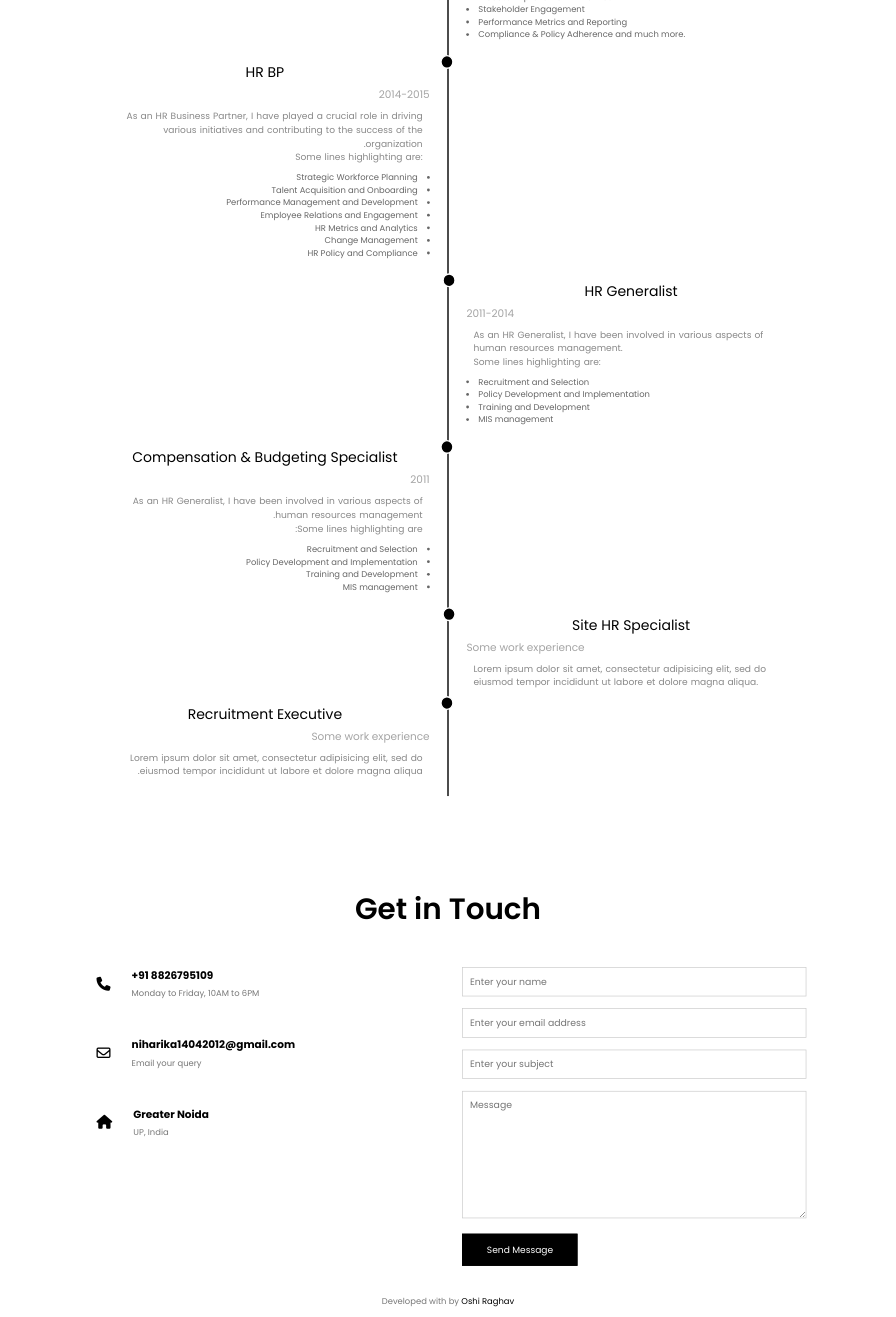
Repository: xoshiraghavx/Niharika-portfolio
Page: index.html
These files come from the project's save history. The page is drawn as it stood at one moment and after the next save; the edit follows.
The browser window is 1280 px wide. The pictures show the part of the page from y = 1758 to 3678 px (the page is 3639 px tall before and 3678 px after), at 70% of full size.
Some web libraries are served in a nearby version.

Above is the page before, as saved 2023-06-16 10:53:33.

### index.html
<!DOCTYPE html>
<html lang="en">
<head>
    <meta charset="UTF-8">
    <meta http-equiv="X-UA-Compatible" content="IE=edge">
    <meta name="viewport" content="width=device-width, initial-scale=1.0">
    <title>Niharika Singh | Portfolio</title>
    <link rel="stylesheet" href="../css/index.css">
    <link rel="preconnect" href="https://fonts.googleapis.com">
<link rel="preconnect" href="https://fonts.gstatic.com" crossorigin>
<link href="https://fonts.googleapis.com/css2?family=Poppins:wght@100;200;300;400;600;700&family=Righteous&display=swap" rel="stylesheet">
<link rel="stylesheet" href="https://stackpath.bootstrapcdn.com/font-awesome/4.7.0/css/font-awesome.min.css">
<link rel="stylesheet" href="./css/particle.css">
<link href="https://unpkg.com/aos@2.3.1/dist/aos.css" rel="stylesheet">
<link rel="icon" href="./img/image.jpg">

</head>
<body>
    <section class="header" id="head">
        <div id="particles-js">
        <nav>
            <div class="logo">
                <h2>NS</h2>
            </div>
            <div class="nav-links" id="navLinks">
                <i class="fa fa-times" onclick="hideMenu()"></i>
                <ul>
                    <li><a href="#head">HOME</a></li>
                    <li><a href="#about">ABOUT</a></li>
                    <li><a href="#work">WORK</a></li>
                    <li><a href="#contact">CONTACT</a></li>
                </ul>
            </div>
            <div class="social">
                    <div><a href="https://www.linkedin.com/in/niharika-singh-54130b13/" target="_blank"><i class="fa-brands fa-linkedin"></i></a></div>
                    <div><a href="https://www.facebook.com/people/Niharika-Singh/pfbid0zDJLjq1fehJWAvFLc7zkpJ6FsEs1uDxExLjwh94ZH389RFf4Q5YAZHgxJCLQanLsl/" target="_blank"><i class="fa-brands fa-facebook"></i></a></div>
                    <div><a href="https://www.instagram.com/niharika14042012/" target="_blank"><i class="fa-brands fa-instagram"></i></a></div>
            </div>
        </nav>

        <div id="home"data-aos="zoom-in" data-aos-duration="1000">
            <div class="img">
                <p style="color: #c5c1c1; font-weight: 600;">Hello, I'm</p>
            </div>
            <h1 class="hh1">NIHARIKA SINGH</h1>
            <div class="p1"data-aos="fade-in" data-aos-delay="1300"data-aos-duration="1000">
                <p>As an HR professional, I nurture a harmonious and productive workforce.</p>
            </div>
            <div class="container">
                <a href="#about">
                <div class="field" >
                    <div class="mouse"></div>
                </div>
            </a>
            </div>
    </div>
    </section>

<!-- ---------About----------------- -->
<section class="about-us" id="about">
    <div class="row1">
        <div class="about-col">
            <h1>About me</h1>
            <p>Lorem ipsum dolor sit amet consectetur adipisicing elit. Voluptates unde necessitatibus consectetur aut, quisquam at, dolorem, deleniti deserunt a error officia? Quas, quos. Nemo assumenda fugiat dolore ad illo soluta.Lorem ipsum dolor sit amet consectetur adipisicing elit. Voluptates unde necessitatibus consectetur aut, quisquam at, dolorem, deleniti deserunt a error officia? Quas, quos. Nemo assumenda fugiat dolore</p>
        </div>
    </div>
    <div class="bar">
        <div class="count">
            <div class="exp">
                <h1>17+</h1>
            </div>
            <div class="exp_name">
                <h4>Years</h4>
            </div>
        </div>
        <div class="count">
            <div class="exp">
                <h1>5</h1>
            </div>
            <div class="exp_name">
                <h4>Domain of HR</h4>
            </div>
        </div>
        <div class="count">
            <div class="exp">
                <h1>2</h1>
            </div>
            <div class="exp_name">
                <h4>Green Field Project </h4>
            </div>
        </div>
        <div class="count">
            <div class="exp">
                <h1>10+</h1>
            </div>
            <div class="exp_name">
                <h4>Processes </h4>
            </div>
        </div>
    </div>
    <div class="skills">
        <ul>
            <li>HR Shared Services setup</li>
            <li>Expat Management</li>
            <li>Global Center Setup</li>
        </ul>
        <ul>
            <li>HR Transformation & Digitization</li>
            <li>ERP enablement & Integration</li>
            <li>Process Simplification</li>
        </ul>
    </div>
    <div class="cv">
        <button><a href="./img/CV-Niharika Singh.pdf">Download CV </a><i class="fa fa-download"></i></button>
    </div>
</section>
<!-- ------------Timeline------------- -->
<section id="work">
    <h1>Work Experience</h1>
    <div class="timeline">
            <div class="timeline-block timeline-block-right">
               <div class="marker"></div>
               <div class="timeline-content">
                  <h3>HR Shared Services Lead </h3>
                  <span>2016-2023</span>
                  <p>As an HRSS Lead, I have undertaken various responsibilities and accomplished several key tasks.
                    <br>Some lines highlighting are:
                    <li>Streamlined HR Operations</li>
                    <li>Developed Service Delivery Strategies</li>
                    <li>Led and Managed a Team</li>
                    <li>Implemented HR Technology Solutions</li>
                    <li>Process Improvement Initiatives</li>
                    <li>Stakeholder Engagement</li>
                    <li>Performance Metrics and Reporting</li>
                    <li>Compliance & Policy Adherence and much more.</li>  </p>
               </div>
            </div>
            <div class="timeline-block timeline-block-left">
               <div class="marker"></div>
               <div class="timeline-content">
                  <h3>HR BP</h3>
                  <span>2014-2015</span>
                  <p>As an HR Business Partner, I have played a crucial role in driving various initiatives and contributing to the success of the organization.
                    <br>:Some lines highlighting are
                    <li>Strategic Workforce Planning</li>
                    <li>Talent Acquisition and Onboarding</li>
                    <li>Performance Management and Development</li>
                    <li>Employee Relations and Engagement</li>
                    <li>HR Metrics and Analytics</li>
                    <li>Change Management</li>
                    <li>HR Policy and Compliance</li></p>
               </div>
            </div>
            <div class="timeline-block timeline-block-right">
                <div class="marker"></div>
                <div class="timeline-content">
                   <h3>HR Generalist</h3>
                   <span>2011-2014</span>
                   <p>As an HR Generalist, I have been involved in various aspects of human resources management.
                    <br>Some lines highlighting are:
                    <li>Recruitment and Selection</li>
                    <li>Policy Development and Implementation</li>
                    <li>Training and Development</li>
                    <li>MIS management</li> </p>
                </div>
             </div>
            <div class="timeline-block timeline-block-left">
               <div class="marker"></div>
               <div class="timeline-content">
                  <h3>Compensation & Budgeting Specialist </h3>
                  <span>2011</span>
                  <p>As an HR Generalist, I have been involved in various aspects of human resources management.
                    <br>Some lines highlighting are:
                    <li>Recruitment and Selection</li>
                    <li>Policy Development and Implementation</li>
                    <li>Training and Development</li>
                    <li>MIS management</li> </p>
               </div>
            </div>

            <div class="timeline-block timeline-block-right">
               <div class="marker"></div>
               <div class="timeline-content">
                  <h3>Site HR Specialist </h3>
                  <span>Some work experience</span>
                  <p>Lorem ipsum dolor sit amet, consectetur adipisicing elit, sed do eiusmod tempor incididunt ut labore et dolore magna aliqua.</p>
               </div>
            </div>

            <div class="timeline-block timeline-block-left">
               <div class="marker"></div>
               <div class="timeline-content">
                  <h3>Recruitment Executive </h3>
                  <span>Some work experience</span>
                  <p>Lorem ipsum dolor sit amet, consectetur adipisicing elit, sed do eiusmod tempor incididunt ut labore et dolore magna aliqua.</p>
               </div>
            </div>
    </div>
</section>
<section class="contact-us" id="contact">
    <h1>Get in Touch
    </h1>
    <div class="row">
        <div class="contact-col">
            <div>
                 <i class="fa fa-phone"></i>
                 <span>
                     <h5><a href="tel: +918178788527">+91 8826795109</a></h5>
                     <p>Monday to Friday, 10AM to 6PM</p>
                 </span>
            </div>
            <div>
                 <i class="fa fa-envelope-o"></i>
                 <span>
                     <h5><a href="mailto: niharika14042012@gmail.com ">niharika14042012@gmail.com</a></h5>
                     <p>Email your query</p>
                 </span>
            </div>
            <div>
                <i class="fa fa-home"></i>
                <span>
                    <h5><a href="https://www.google.com/maps/place/Greater+Noida,+Uttar+Pradesh/@28.4985622,77.3511809,11z/data=!3m1!4b1!4m6!3m5!1s0x390cea64b8f89aef:0xec0ccabb5317962e!8m2!3d28.4743879!4d77.5039904!16zL20vMGN3OXEy?entry=ttu" target="_blank">Greater Noida</a></h5>
                    <p>UP, India</p>
                </span>
           </div>
        </div>
        <div class="contact-col">
            <form action="https://formcarry.com/s/P6GKrEghsf" method="POST" accept-charset="UTF-8">
                <input type="text" name="name" placeholder="Enter your name" required>
                <input type="email" name="email" placeholder="Enter your email address" required>
                <input type="text" name="subject" placeholder="Enter your subject" required>
                <textarea rows="8" name="message" placeholder="Message" required></textarea>
                <button type="submit" class="hero-btn">Send Message</button>
            </form>
        </div>
    </div>
</section>
<!-- --------footer--------- -->
<section class="footer">
    <p style="text-align: center;">Developed with by <a href="https://www.linkedin.com/in/oshiraghav/" target="_blank">Oshi Raghav</a></p>
</section>

<!-- ---------------javascript----------------->
    	<script src=
		"particles.js-master/particles.js">
	</script>
	<script src=
		"/particles.js-master/demo/js/app.js">
	</script>
     <script src="https://unpkg.com/aos@2.3.1/dist/aos.js"></script>
    <script>
     AOS.init();
    </script>
    <script src="https://kit.fontawesome.com/b6191824ce.js" crossorigin="anonymous"></script>
</body>
</html>

### css/index.css
*{
    margin: 0;
    padding: 0;
    font-family: 'poppins', sans-serif;
    scroll-behavior: smooth;
}
.header{
    min-height: 100vh;
    width: 100%;
}
h3{
    color: #000;
}
nav{
    display: flex;
    padding: 1rem 0rem;
    background: #ffffff;
    justify-content: space-around;
    align-items: center;
    position: fixed;
    width: 100%;
    backdrop-filter: blur(3px);
    z-index: 2;
}
.logo{
    background: #000;
    color: #ffffff;
    border-radius: 100%;
    padding: 5pt 6pt;
}
.nav-links ul li{
    list-style: none;
    display: inline-block;
    padding: 8px 12px;
    position: relative;
}
.nav-links ul li a{
    color: #000000;
    text-decoration: none;
    font-size: 13px;
}
.nav-links ul li::after{
    content: '';
    width: 0%;
    height: 2px;
    background: #000000;
    display: block;
    margin: auto;
    transition: 0.5s;
}
.nav-links ul li:hover::after{
    width: 100%;
}
.social{
    display: grid;
    grid-template-columns: auto auto auto auto;
    column-gap: 15px;
    font-size: 1.2rem;
    color: #000000;
}
.social a{
    color: #000;
}
.social:hover{
    cursor: pointer;
}
#home{
    position: absolute;
    text-align: center;
    width: 100%;
    margin-top: 250px;
    color: #ffffff;
}
.hh1{
    font-size: 4em;
}
#home p{
    padding-top: .5rem;
    font-size: 1rem;
    color: #c5c1c1;
}
.container {
	width: 100%;
	height: 100%;
	display: flex;
	align-items: center;
	justify-content: center;
    padding-top: 10rem;
}
.field:hover{
    cursor: pointer;
}

.field {
	display: flex;
	align-items: center;
	justify-content: space-around;
}

.mouse {
	width: 30px;
	height: 50px;
	border: 3px solid #ffffff;
	border-radius: 60px;
	position: relative;
	&::before {
		content: '';
		width: 8px;
		height: 8px;
		position: absolute;
		top: 10px;
		left: 50%;
		transform: translateX(-50%);
		background-color: #ffffff;
		border-radius: 50%;
		opacity: 1;
		animation: wheel 2s infinite;
		-webkit-animation: wheel 2s infinite;
	}
}
@keyframes wheel {
	to {
		opacity: 0;
		top: 30px;
	}
}

@-webkit-keyframes wheel {
	to {
		opacity: 0;
		top: 60px;
	}
}
nav .fa{
    display: none;
}
.hero-btn{
    display: inline-block;
    text-decoration: none;
    color: #fff;
    border: 1px solid #000000;
    padding: 12px 34px;
    font-size: 13px;
    background-color: #000;
    position: relative;
    cursor: pointer;
}
.hero-btn:hover{
    border: 1px solid #000000;
    background: #fff;
    color: #000;
    transition: 1s;
}
@media(max-width: 700px){
    .nav-links{
        display: none;
    }
}
.course{
    width: 80%;
    margin: auto;
    text-align: center;
    padding-top: 80px;
}
h1{
    font-size: 36px;
    font-weight: 600;
    text-align: center;
}
p{
    color: #777;
    font-size: 300;
    line-height: 22px;
    padding: 10px;
}
.row{
    margin-top: 5%;
    display: flex;
    justify-content: space-between;
}
.course-col{
    flex-basis: 31%;
    background: #fff3f3;
    border-radius: 10px;
    margin-bottom: 5%;
    padding: 20px 12px;
    box-sizing: border-box;
    transition: 0.5s;
}
h3{
    text-align: center;
    font-weight: 600;
    margin: 10px 0px;
}
.course-col:hover{
    box-shadow: rgba(241, 128, 128, 0.25) 0px 54px 55px, rgba(233, 177, 177, 0.12) 0px -12px 30px, rgba(238, 209, 209, 0.12) 0px 4px 6px, rgba(230, 100, 100, 0.17) 0px 12px 13px, rgba(250, 27, 27, 0.09) 0px -3px 5px;
}
@media(max-width: 700px){
    .row{
        flex-direction: column;
    }
}
/*  --------facilities--------*/
 .timeline {
    width: 80%;
    padding: 1rem 0;
    margin: 50px auto;
    position: relative;
    overflow: hidden;
 }
 .timeline:before {
    content: '';
    position: absolute;
    top: 0;
    left: 50%;
    margin-left: -1px;
    width: 2px;
    height: 100%;
    background: #000000;
    z-index: 1
 }
 .timeline-block {
    width: -webkit-calc(50% + 8px);
    width: -moz-calc(50% + 8px);
    width: calc(50% + 8px);
    display: -webkit-box;
    display: -webkit-flex;
    display: -moz-box;
    display: flex;
    -webkit-box-pack: justify;
    -webkit-justify-content: space-between;
    -moz-box-pack: justify;
    justify-content: space-between;
    clear: both;
 }
 .timeline-block-right {
    float: right;
 }
 .timeline-block-left {
    float: left;
    direction: rtl
 }
 .marker {
    width: 16px;
    height: 16px;
    border-radius: 50%;
    border: 2px solid #ffffff;
    background: #000000;
    z-index: 1
 }

 .timeline-content {
    width: 95%;
    padding: 0 15px;
    color: #666
 }

 .timeline-content h3 {
    margin-bottom: 5px;
    font-size: 20px;
    font-weight: 500
 }

 .timeline-content span {
    font-size: 15px;
    color: #a4a4a4;
 }

 .timeline-content p {
    font-size: 13px;
    line-height: 1.5em;
    word-spacing: 1px;
    color: #888;
 }


 @media screen and (max-width: 768px) {
    /* .container:before {
       left: 8px;
       width: 2px;
    }
    .timeline-block {
       width: 100%;
       margin-bottom: 30px;
    }
    .timeline-block-right {
       float: none;
    }

    .timeline-block-left {
       float: none;
       direction: ltr;
    } */
 }

/* -------about us page------- */
.about-us{
    width: 50%;
    margin: auto;
    padding-top: 100px;
    padding-bottom: 100px;
}
.about-col{
    flex-basis: 48%;
    text-align: center;
    padding: 10px 2px;
}
.about-col p{
    padding: 15px 0 25px;
}
.about-col h1{
    font-size: 4em;
}
.bar{
    display: flex;
    justify-content: space-between;
    text-align: center;
}
.count{
    display: grid;
    /* flex-direction: column;
    justify-content: center; */
}
.skills{
    display: flex;
    justify-content: space-around;
    padding-top: 3rem;
}
.cv{
    display: flex;
    justify-content: center;
    padding-top: 3rem;
}
.cv button{
    background-color: transparent;
    border: none;
}
.cv button a{
    text-decoration: none;
    color: #5d5c5c;
    font-weight: 600;
}
.cv .fa{
    color: #5d5c5c;
}
.cv :hover{
    color: #000000;
    cursor: pointer;
}
@media(max-width: 700px){
    .about-us{
        width: 90%;
        margin-top: -15%;
    }
    .about-col h1{
        font-size: 3em;
    }
    .bar{
        display: grid;
        grid-template-columns: 1fr 1fr;
    }
    .skills{
        display: grid;
        padding-left: 10%;
    }
    .cv button{
        font-size: 1rem;
        margin-top: -5%;
    }
}
/* ----contact us----- */
.location{
    width: 80%;
    margin: auto;
    padding: 80px 0;
}
.location iframe{
    width: 100%;
}
.contact-us{
    width: 80%;
    margin: auto;
    padding-top: 80px;
}
.contact-us h1{
    font-size: 3.5em;
}
.contact-col{
    flex-basis: 48%;
    margin-bottom: 30px;
}
.contact-col div{
    display: flex;
    align-items: center;
    margin-bottom: 50px;
}
.contact-col div .fa{
    font-size: 20px;
    color: #000000;
    margin: 10px;
    margin-right: 30px;
}
.contact-col a{
    text-decoration: none;
    color: #000;
}
.contact-col div p{
    padding: 0;
}
.contact-col div h5{
    font-size: 15px;
    margin-bottom: 4px;
    color: #000000;
    font-weight: bold;
}
.contact-col input, .contact-col textarea{
    width: 100%;
    padding: 10px;
    margin-bottom: 17px;
    outline: none;
    border: 1px solid #ccc;
    box-sizing:border-box ;
}

.footer a{
    text-decoration: none;
    color: #000000;
}
@media(max-width: 700px){
    .contact-col div{
        margin-bottom: 20px;
    }
    .contact-col{
        margin-bottom: 10px;
    }
}

### css/particle.css
/* ---- reset ---- */

body {
    margin: 0;
    font:normal 75% Arial, Helvetica, sans-serif;
  }

  canvas {
    display: block;
    vertical-align: bottom;
  }

  /* ---- particles.js container ---- */

  #particles-js {
    position: absolute;
    width: 100%;
    height: 100vh;
    background-color: #000000;
  }

  /* ---- stats.js ---- */

  .count-particles{
    background: #ff0000;
    position: absolute;
    top: 48px;
    left: 0;
    width: 80px;
    color: #13E8E9;
    font-size: .8em;
    text-align: left;
    text-indent: 4px;
    line-height: 14px;
    padding-bottom: 2px;
    font-family: Helvetica, Arial, sans-serif;
    font-weight: bold;
  }

  .js-count-particles{
    font-size: 1.1em;
  }

  #stats,
  .count-particles{
    -webkit-user-select: none;
  }

  #stats{
    border-radius: 3px 3px 0 0;
    overflow: hidden;
  }

  .count-particles{
    border-radius: 0 0 3px 3px;
  }

### particles.js-master/demo/js/app.js
/* -----------------------------------------------
/* How to use? : Check the GitHub README
/* ----------------------------------------------- */

/* To load a config file (particles.json) you need to host this demo (MAMP/WAMP/local)... */
/*
particlesJS.load('particles-js', 'particles.json', function() {
  console.log('particles.js loaded - callback');
});
*/

/* Otherwise just put the config content (json): */

particlesJS('particles-js',

  {
    "particles": {
      "number": {
        "value": 80,
        "density": {
          "enable": true,
          "value_area": 800
        }
      },
      "color": {
        "value": "#ffffff"
      },
      "shape": {
        "type": "circle",
        "stroke": {
          "width": 0,
          "color": "#000000"
        },
        "polygon": {
          "nb_sides": 5
        },
        "image": {
          "src": "img/github.svg",
          "width": 100,
          "height": 100
        }
      },
      "opacity": {
        "value": 0.5,
        "random": false,
        "anim": {
          "enable": false,
          "speed": 1,
          "opacity_min": 0.1,
          "sync": false
        }
      },
      "size": {
        "value": 5,
        "random": true,
        "anim": {
          "enable": false,
          "speed": 40,
          "size_min": 0.1,
          "sync": false
        }
      },
      "line_linked": {
        "enable": true,
        "distance": 150,
        "color": "#ffffff",
        "opacity": 0.4,
        "width": 1
      },
      "move": {
        "enable": true,
        "speed": 6,
        "direction": "none",
        "random": false,
        "straight": false,
        "out_mode": "out",
        "attract": {
          "enable": false,
          "rotateX": 600,
          "rotateY": 1200
        }
      }
    },
    "interactivity": {
      "detect_on": "canvas",
      "events": {
        "onhover": {
          "enable": true,
          "mode": "repulse"
        },
        "onclick": {
          "enable": true,
          "mode": "push"
        },
        "resize": true
      },
      "modes": {
        "grab": {
          "distance": 400,
          "line_linked": {
            "opacity": 1
          }
        },
        "bubble": {
          "distance": 400,
          "size": 40,
          "duration": 2,
          "opacity": 8,
          "speed": 3
        },
        "repulse": {
          "distance": 200
        },
        "push": {
          "particles_nb": 4
        },
        "remove": {
          "particles_nb": 2
        }
      }
    },
    "retina_detect": true,
    "config_demo": {
      "hide_card": false,
      "background_color": "#b61924",
      "background_image": "",
      "background_position": "50% 50%",
      "background_repeat": "no-repeat",
      "background_size": "cover"
    }
  }

);

Loaded but not shown: particles.js-master/particles.js (common file)

After the next save:
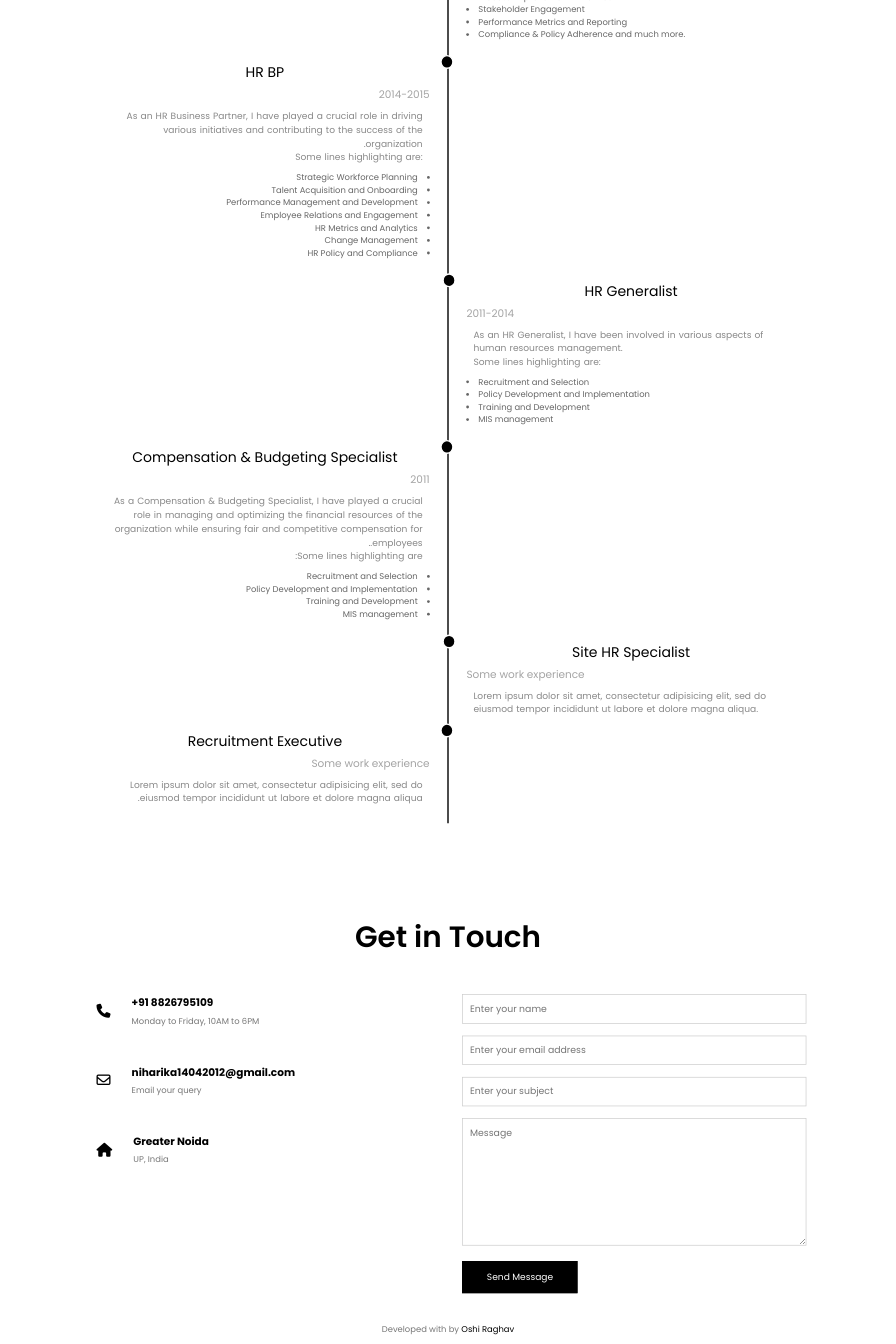
Saved 25 s later.
--- a/index.html
+++ b/index.html
@@ -169,7 +169,7 @@
                <div class="timeline-content">
                   <h3>Compensation & Budgeting Specialist </h3>
                   <span>2011</span>
-                  <p>As an HR Generalist, I have been involved in various aspects of human resources management.
+                  <p>As a Compensation & Budgeting Specialist, I have played a crucial role in managing and optimizing the financial resources of the organization while ensuring fair and competitive compensation for employees..
                     <br>Some lines highlighting are:
                     <li>Recruitment and Selection</li>
                     <li>Policy Development and Implementation</li>
